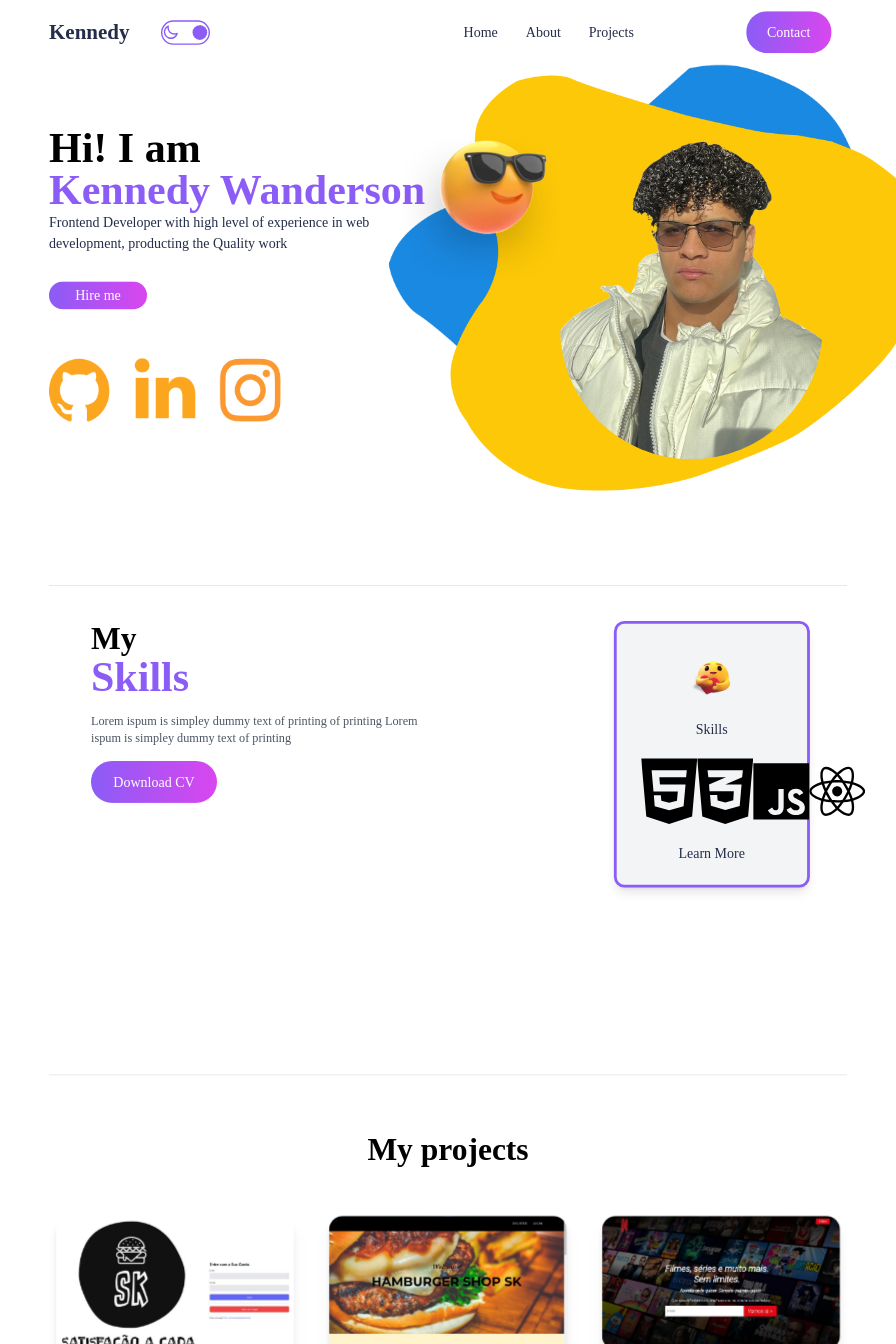
Repository: KennedyWanderson/portfolio
Page: /
These files come from the project's save history. The page is drawn as it stood at one moment and after the next save; the edit follows.
The browser window is 1280 px wide. The pictures show the part of the page from y = 0 to 1920 px (the page is 3240 px tall), at 70% of full size.
Some web fonts or font styles are not loaded; a fallback is used. The project was rebuilt for these pictures with package versions that can differ from the ones it lists, and the page was loaded fresh each time. Imported but missing from the stored project, and not drawn on this page: src/Components/Services/Kennedy_CV.pdf.

Above is the page before, as saved 2024-01-26 12:30:08.

After the next save:
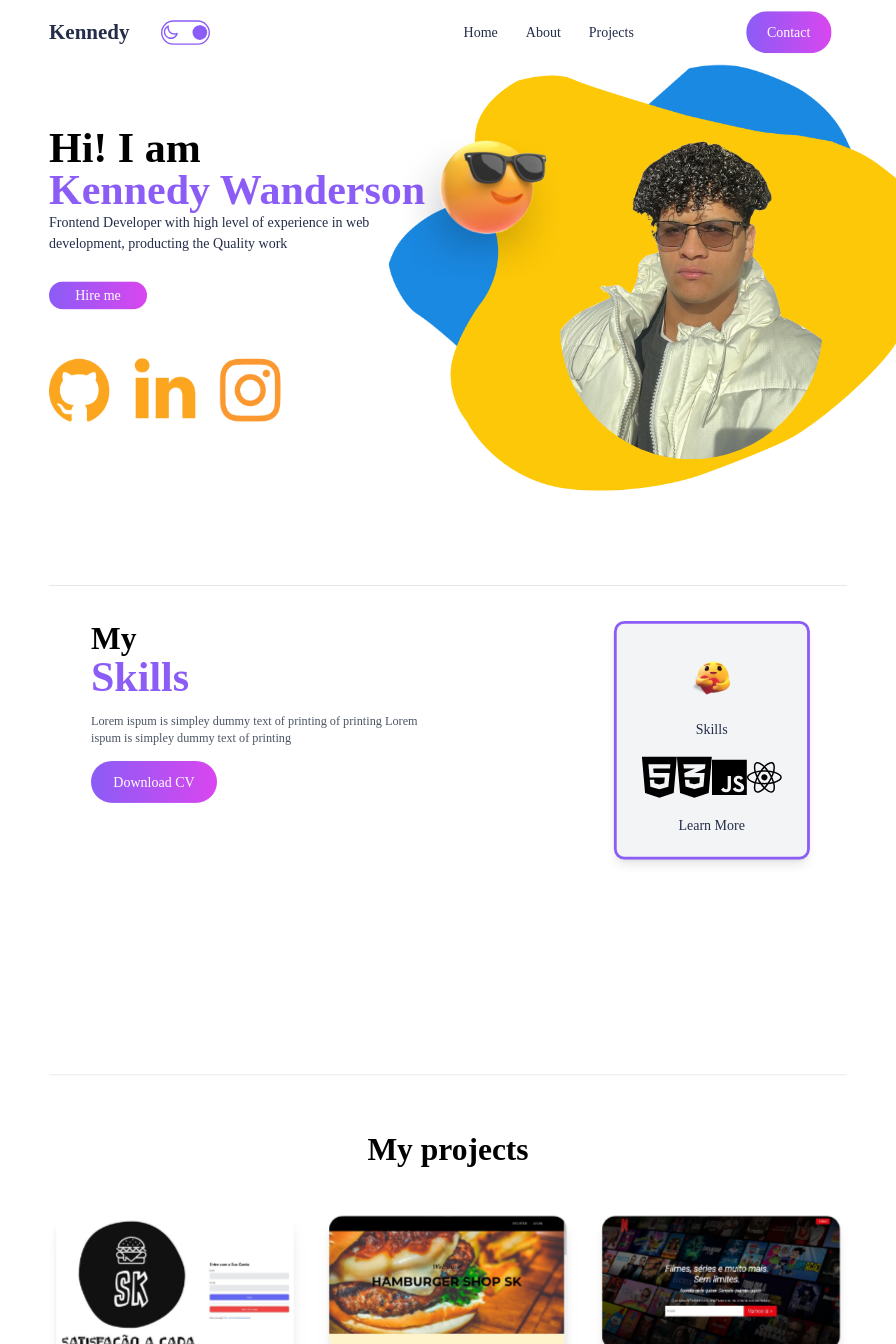
Saved 15 s later.
--- a/src/Components/Card/Card.jsx
+++ b/src/Components/Card/Card.jsx
@@ -9,7 +9,7 @@ const Card = ({ emoji, heading, detail }) => {
             <span>{heading}</span>
             <div className="images-container flex">
                 {detail.map((img, index) => (
-                    <img key={index} className="flex text-gray-500 text-base w-16" src={img} alt={`Image ${index + 1}`} />
+                    <img key={index} className="flex text-gray-500 text-base w-10" src={img} alt={`Image ${index + 1}`} />
                 ))}
             </div>
             <button>Learn More</button>
